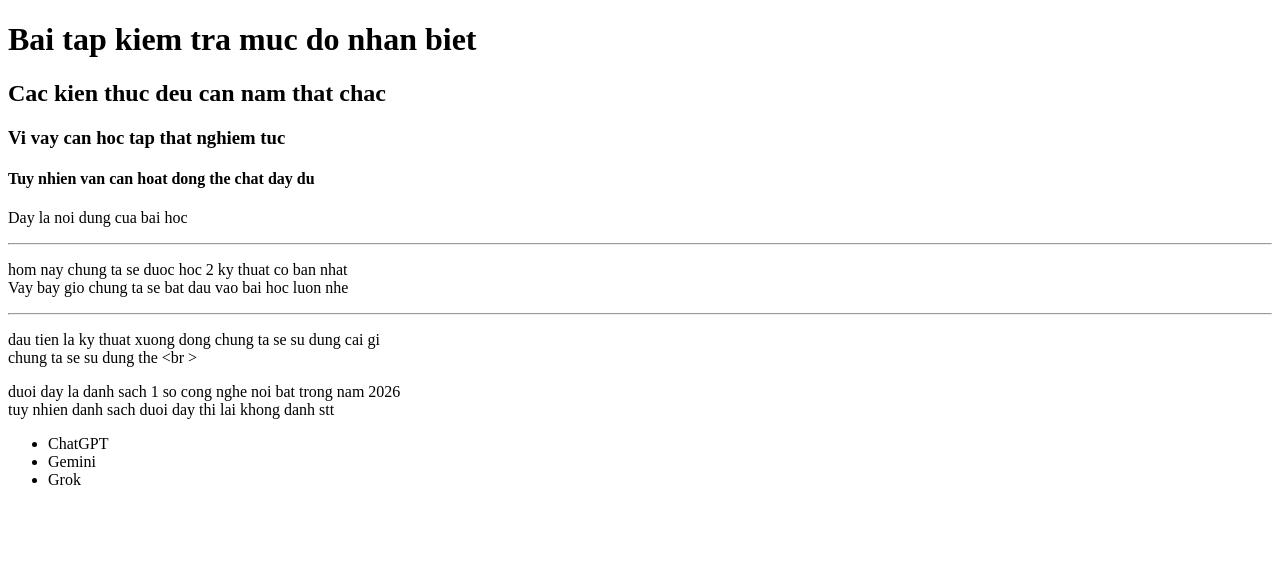
Repository: bachphamudu/my-tech-docs
Page: index.html
These files come from the project's save history. The page is drawn as it stood at one moment and after the next save; the edit follows.
The browser window is 1280 px wide. The pictures show the whole page.

Above is the page before, as saved 2026-10-17 09:16:03.

### index.html
<!DOCTYPE html>
<html lang="vi">
<head>
    <meta charset="UTF-8">
    <meta name="viewport" content="width=device-width, initial-scale=1.0">
    <title>Bai tap</title>
</head>
<body>
    <h1>Bai tap kiem tra muc do nhan biet</h1>
    <h2>Cac kien thuc deu can nam that chac</h2>
    <h3>Vi vay can hoc tap that nghiem tuc</h3>
    <h4>Tuy nhien van can hoat dong the chat day du</h4>
    <p>Day la noi dung cua bai hoc</p>
    <hr>
    <p>hom nay chung ta se duoc hoc 2 ky thuat co ban nhat <br>
    Vay bay gio chung ta se bat dau vao bai hoc luon nhe</p>
    <hr>
    <p>dau tien la ky thuat xuong dong chung ta se su dung cai gi <br>
    chung ta se su dung the &lt;br	&gt;</p>
    <p>duoi day la danh sach 1 so cong nghe noi bat trong nam 2026 <br>
    tuy nhien danh sach duoi day thi lai khong danh stt</p>
    <ul>
        <li>ChatGPT</li>
        <li>Gemini</li>
        <li>Grok</li>
    </ul>
</body>
</html>

After the next save:
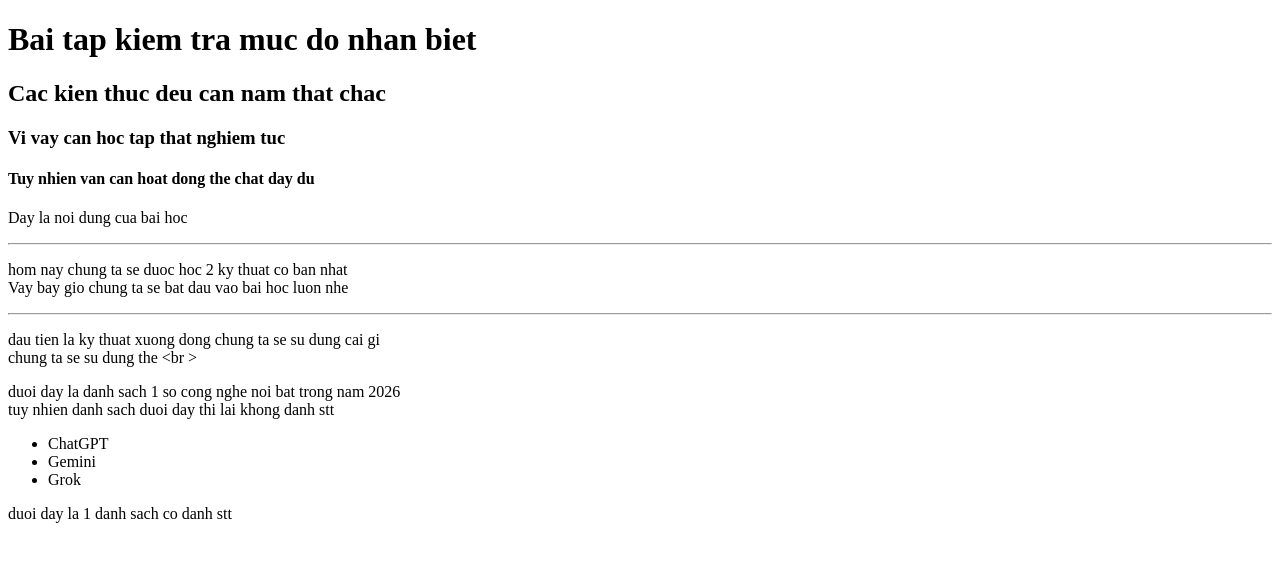
Saved 13 s later.
--- a/index.html
+++ b/index.html
@@ -24,5 +24,6 @@
         <li>Gemini</li>
         <li>Grok</li>
     </ul>
+    <p>duoi day la 1 danh sach co danh stt</p>
 </body>
 </html>
